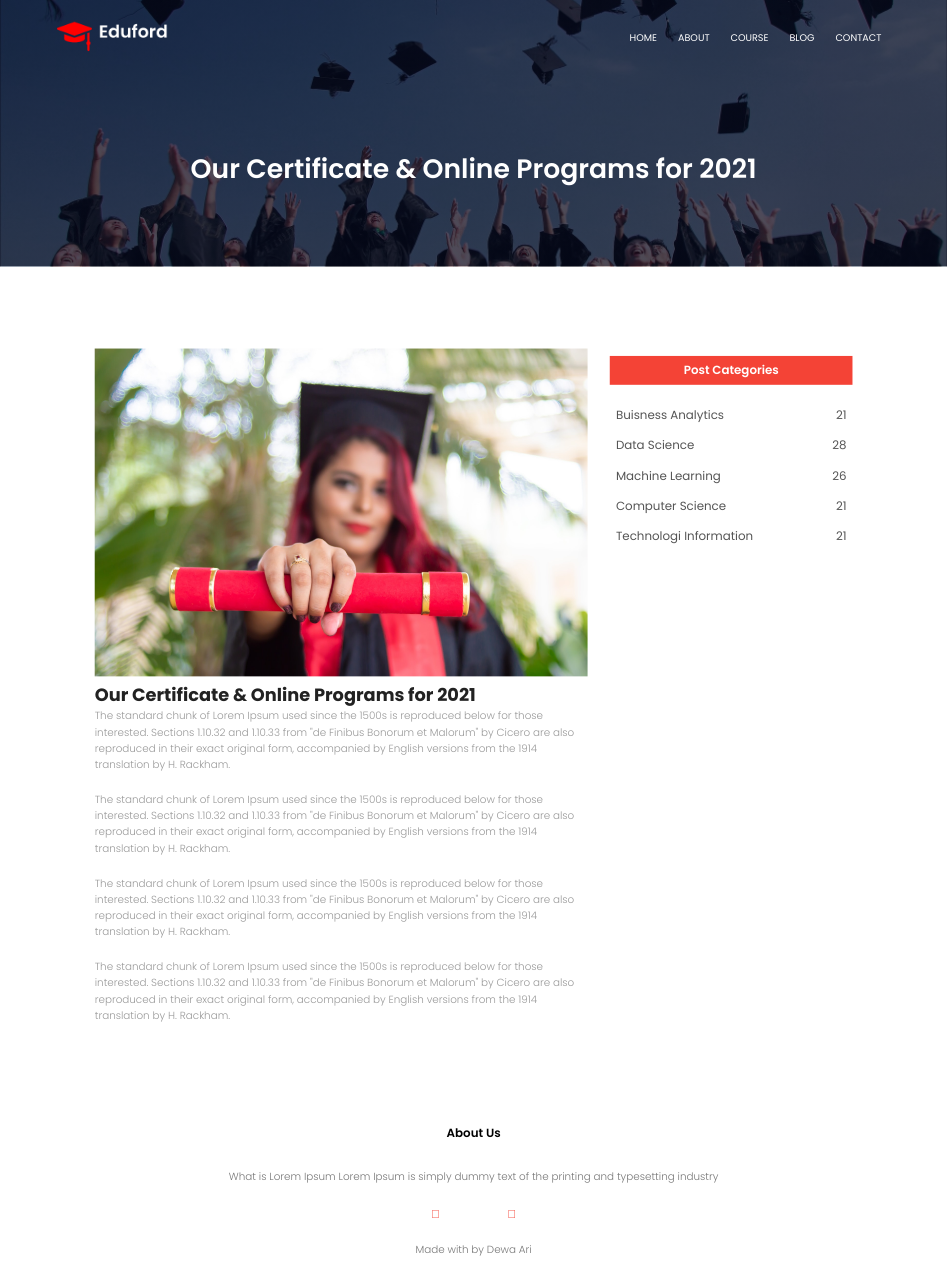
Repository: dewaary/company-profile
Page: blog.html
The author's editor kept a copy of each file at every save. The page is drawn from the files as they stood at one save, then again after the next save.
The browser window is 1280 px wide. The pictures show the whole page, at 74% of full size.

Above is the page before, as saved 2021-05-07 23:58:45.

### blog.html
<!DOCTYPE html>
<html lang="en">

<head>
    <meta charset="UTF-8" />
    <meta http-equiv="X-UA-Compatible" content="IE=edge" />
    <meta name="viewport" content="width=device-width, initial-scale=1.0" />
    <title>University Website Design</title>
    <link rel="stylesheet" href="style.css" />
    <link rel="preconnect" href="https://fonts.gstatic.com" />
    <link href="https://fonts.googleapis.com/css2?family=Poppins:wght@200;300;400;600;700&display=swap"
        rel="stylesheet" />
    <link rel="stylesheet"
        href="https://cdn.jsdelivr.net/npm/@fortawesome/fontawesome-free@5.15.3/css/fontawesome.min.css" />
</head>

<body>
    <section class="sub-header">
        <nav>
            <a href="index.html"><img src="images/logo.png" /></a>
            <div class="nav-links" id="navLinks">
                <i class="fa fa-times" onclick="hideMenu()"></i>
                <ul>
                    <li><a href="">HOME</a></li>
                    <li><a href="">ABOUT</a></li>
                    <li><a href="">COURSE</a></li>
                    <li><a href="">BLOG</a></li>
                    <li><a href="">CONTACT</a></li>
                </ul>
            </div>
            <i class="fa fa-bars" onclick="showMenu()"></i>
        </nav>
        <h1>Our Certificate & Online Programs for 2021</h1>
    </section>

    <section class="blog-content">
        <div class="row">
            <div class="blog-left">
                <img src="images/certificate.jpg" />
                <h2>Our Certificate & Online Programs for 2021</h2>
                <p>
                    The standard chunk of Lorem Ipsum used since the 1500s is reproduced
                    below for those interested. Sections 1.10.32 and 1.10.33 from "de
                    Finibus Bonorum et Malorum" by Cicero are also reproduced in their
                    exact original form, accompanied by English versions from the 1914
                    translation by H. Rackham.
                </p>
                <br />
                <p>
                    The standard chunk of Lorem Ipsum used since the 1500s is reproduced
                    below for those interested. Sections 1.10.32 and 1.10.33 from "de
                    Finibus Bonorum et Malorum" by Cicero are also reproduced in their
                    exact original form, accompanied by English versions from the 1914
                    translation by H. Rackham.
                </p>
                <br />
                <p>
                    The standard chunk of Lorem Ipsum used since the 1500s is reproduced
                    below for those interested. Sections 1.10.32 and 1.10.33 from "de
                    Finibus Bonorum et Malorum" by Cicero are also reproduced in their
                    exact original form, accompanied by English versions from the 1914
                    translation by H. Rackham.
                </p>
                <br />
                <p>
                    The standard chunk of Lorem Ipsum used since the 1500s is reproduced
                    below for those interested. Sections 1.10.32 and 1.10.33 from "de
                    Finibus Bonorum et Malorum" by Cicero are also reproduced in their
                    exact original form, accompanied by English versions from the 1914
                    translation by H. Rackham.
                </p>
                <br />
            </div>
            <div class="blog-right">
                <h3>Post Categories</h3>
                <div>
                    <span>Buisness Analytics</span>
                    <span>21</span>
                </div>
                <div>
                    <span>Data Science</span>
                    <span>28</span>
                </div>
                <div>
                    <span>Machine Learning</span>
                    <span>26</span>
                </div>
                <div>
                    <span>Computer Science</span>
                    <span>21</span>
                </div>
                <div>
                    <span>Technologi Information</span>
                    <span>21</span>
                </div>
            </div>
        </div>
    </section>

    <section class="footer">
        <h4>About Us</h4>
        <p>
            What is Lorem Ipsum Lorem Ipsum is simply dummy text of the printing and
            typesetting industry
        </p>
        <div class="icons">
            <i class="fa fa-facebook"></i>
            <i class="fa fa-Twitter"></i>
            <i class="fa fa-Instagram"></i>
            <i class="fa fa-linkedin"></i>
        </div>
        <p>Made with <i class="fa fa-heart-0"></i>by Dewa Ari</p>
    </section>

    <!---- Javascript for Toggle Menu ---->
    <script>
        var navLinks = document.getElementById("navLinks");

        function showMenu() {
            navLinks.style.right = "0";
        }
        function hideMenu() {
            navLinks.style.right = "-200px";
        }
    </script>
</body>

</html>

### style.css
* {
  margin: 0;
  padding: 0;
  font-family: "Poppins", sans-serif;
}

.header {
  min-height: 100vh;
  width: 100%;
  background-image: linear-gradient(rgba(4, 9, 30, 0.7), rgba(4, 9, 30, 0.7)),
    url(images/banner.png);
  background-position: center;
  background-size: cover;
  position: relative;
}

nav {
  display: flex;
  padding: 2% 6%;
  justify-content: space-between;
  align-items: center;
}

nav img {
  width: 150px;
}

.nav-links {
  flex: 1;
  text-align: right;
}

.nav-links ul li {
  list-style: none;
  display: inline-block;
  padding: 8px 12px;
  position: relative;
}

.nav-links ul li a {
  color: #fff;
  text-decoration: none;
  font-size: 13px;
}

.nav-links ul li::after {
  content: "";
  width: 0%;
  height: 2px;
  background: #f44336;
  display: block;
  margin: auto;
  transition: 0.5s;
}

.nav-links ul li:hover::after {
  width: 100%;
}

.text-box {
  width: 90%;
  color: #fff;
  position: absolute;
  top: 50%;
  left: 50%;
  transform: translate(-50%, -50%);
  text-align: center;
}

.text-box h1 {
  font-size: 62px;
}

.text-box p {
  margin: 10px 0 40px;
  font-size: 14px;
  color: #fff;
}

.hero-btn {
  display: inline-block;
  text-decoration: none;
  color: #fff;
  border: 1px solid #fff;
  padding: 12px 34px;
  font-size: 13px;
  background: transparent;
  position: relative;
  cursor: pointer;
}

.hero-btn:hover {
  border: 1px solid #f44336;
  background: #f44336;
  transition: 1s;
}

nav .fa {
  display: none;
}

@media (max-width: 700px) {
  .text-box h1 {
    font-size: 20px;
  }

  .nav-links ul li {
    display: block;
  }
  .nav-links {
    position: absolute;
    background: #f44336;
    height: 100vh;
    width: 200px;
    top: 0;
    right: -200px;
    text-align: left;
    z-index: 2;
    transition: 1s;
  }

  nav .fa {
    display: block;
    color: #fff;
    margin: 10px;
    font-size: 22px;
    cursor: pointer;
  }

  .nav-links ul {
    padding: 30px;
  }
}

/*---- Course ------ */

.course {
  width: 80%;
  margin: auto;
  text-align: center;
  padding-top: 100px;
}

h1 {
  font-size: 36px;
  font-weight: 600;
}

p {
  color: #777;
  font-size: 14px;
  font-weight: 300;
  line-height: 22px;
  padding: 10px;
}

.row {
  margin-top: 5%;
  display: flex;
  justify-content: space-between;
}

.course-col {
  flex-basis: 31%;
  background: #fff3f3;
  border-radius: 10px;
  margin-bottom: 5%;
  padding: 20px 12px;
  box-sizing: border-box;
  transition: 0.5s;
}

h3 {
  text-align: center;
  font-weight: 600;
  margin: 10px 0;
}

.course-col:hover {
  box-shadow: 0 0 20px 0px rgba(0, 0, 0, 0.2);
}

@media (max-width: 700px) {
  .row {
    flex-direction: column;
  }
}

.campus {
  width: 80%;
  margin: auto;
  text-align: center;
  padding-top: 50px;
}

.campus-col {
  flex-basis: 32%;
  border-radius: 10px;
  margin-bottom: 30px;
  position: relative;
  overflow: hidden;
}
.campus-col img {
  width: 100%;
  display: block;
}

.layer {
  background: transparent;
  height: 100%;
  width: 100%;
  position: absolute;
  top: 0;
  left: 0;
  transition: 0.5s;
}

.layer:hover {
  background: rgba(226, 0, 0, 0.7);
}

.layer h3 {
  width: 100%;
  font-weight: 500;
  color: #fff;
  font-size: 26px;
  bottom: 0;
  left: 50%;
  transform: translateX(-50%);
  position: absolute;
  transition: 0.5s;
}

.layer:hover h3 {
  bottom: 49%;
  opacity: 1;
}

.facilities {
  width: 80%;
  margin: auto;
  text-align: center;
  padding-top: 100px;
}

.facilities-col {
  flex-basis: 31%;
  border-radius: 10px;
  margin-bottom: 5%;
  text-align: left;
}

.facilities-col img {
  width: 100%;
  border-radius: 10px;
}

.facilities-col p {
  padding: 0%;
}

.facilities-col h3 {
  margin-top: 16px;
  margin-bottom: 15px;
  text-align: left;
}

.testimonials {
  width: 80%;
  margin: auto;
  padding-top: 100px;
  text-align: center;
}

.testimonials-col {
  flex-basis: 44%;
  border-radius: 10px;
  margin-bottom: 5%;
  text-align: left;
  background: #fff3f3;
  padding: 25px;
  cursor: pointer;
  display: flex;
}

.testimonials-col img {
  height: 40px;
  margin-left: 5px;
  margin-right: 30px;
  border-radius: 50%;
}

.testimonials-col p {
  padding: 0;
}

.testimonials-col h3 {
  margin-top: 15px;
  text-align: left;
}

.testimonials-col .fa {
  color: #f44336;
}

@media (max-width: 700px) {
  .testimonials-col img {
    margin-left: 0px;
    margin-right: 15px;
  }
}

.cta {
  margin: 100px auto;
  width: 80%;
  background-image: linear-gradient(rgba(0, 0, 0, 0.7), rgba(0, 0, 0, 0.7)),
    url(images/banner2.jpg);
  background-position: center;
  background-size: cover;
  border-radius: 10px;
  text-align: center;
  padding: 100px 0;
}

.cta h1 {
  color: #fff;
  margin-bottom: 40px;
  padding: 0;
}

@media (max-width: 700px) {
  .cta h1 {
    font-size: 20px;
  }
}

.footer {
  width: 100%;
  text-align: center;
  padding: 30px 0;
}

.footer h4 {
  margin-bottom: 25px;
  margin-top: 20px;
  font-weight: 600;
}

.icons .fa {
  color: #f44336;
  margin: 0 13px;
  cursor: pointer;
  padding: 18px 0;
}

.fa-heart-0 {
  color: #f44336;
}

/*--------- About Us Page --------- */

.sub-header {
  height: 50vh;
  width: 100%;
  background-image: linear-gradient(rgba(4, 9, 30, 0.7), rgba(4, 9, 30, 0.7)),
    url(images/background.jpg);
  background-position: center;
  background-size: cover;
  text-align: center;
  color: #fff;
}

.sub-header h1{
  margin-top: 100px;
}

.about-us {
  width: 80%;
  margin: auto;
  padding-top: 80px;
  padding-bottom: 50px;
}

.about-col {
  flex-basis: 48%;
  padding: 30px 2px;
}

.about-col img{
  width: 100%;
}

.about-col h1{
  padding-top: 0;
}

.about-col p{
  padding: 15px 0 25px;
}

.red-btn {
  border: 1px solid #f44336;
  background: transparent;
  color: #f44336;
}

.red-btn:hover{
  color: #fff;
}

.blog-content {
  width: 80%;
  margin: auto;
  padding: 60px 0;
}

.blog-left{
  flex-basis: 65%;
}

.blog-left img{
  width: 100%;
}

.blog-left h2{
  color: #222;
  font-weight: 30px 0;
}

.blog-left p{
  color: #999;
  padding: 0;
}

.blog-right {
  flex-basis: 32%;
}

.blog-right h3{
  background: #f44336;
  color: #fff;
  padding: 7px 0;
  font-size: 16px;
  margin-bottom: 20px;
}

.blog-right div{
  display: flex;
  align-items: center;
  justify-content: space-between;
  color: #555;
  padding: 8px;
  box-sizing: border-box;
}

After the next save:
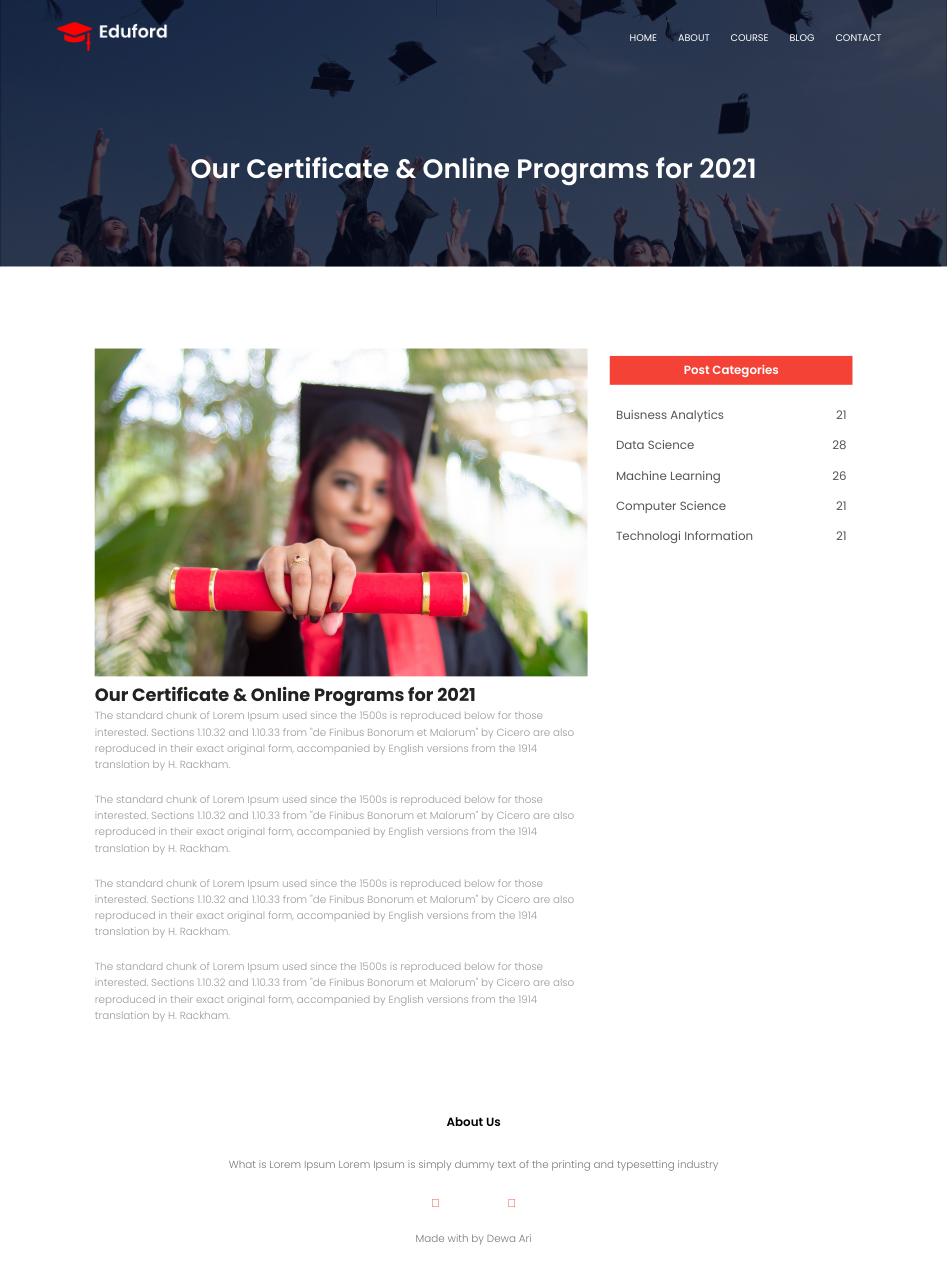
Saved 5 min 0 s later.
--- a/blog.html
+++ b/blog.html
@@ -69,7 +69,10 @@
                     exact original form, accompanied by English versions from the 1914
                     translation by H. Rackham.
                 </p>
-                <br />
+
+                <div class="comment-box">
+                    <h3></h3>
+                </div>
             </div>
             <div class="blog-right">
                 <h3>Post Categories</h3>
